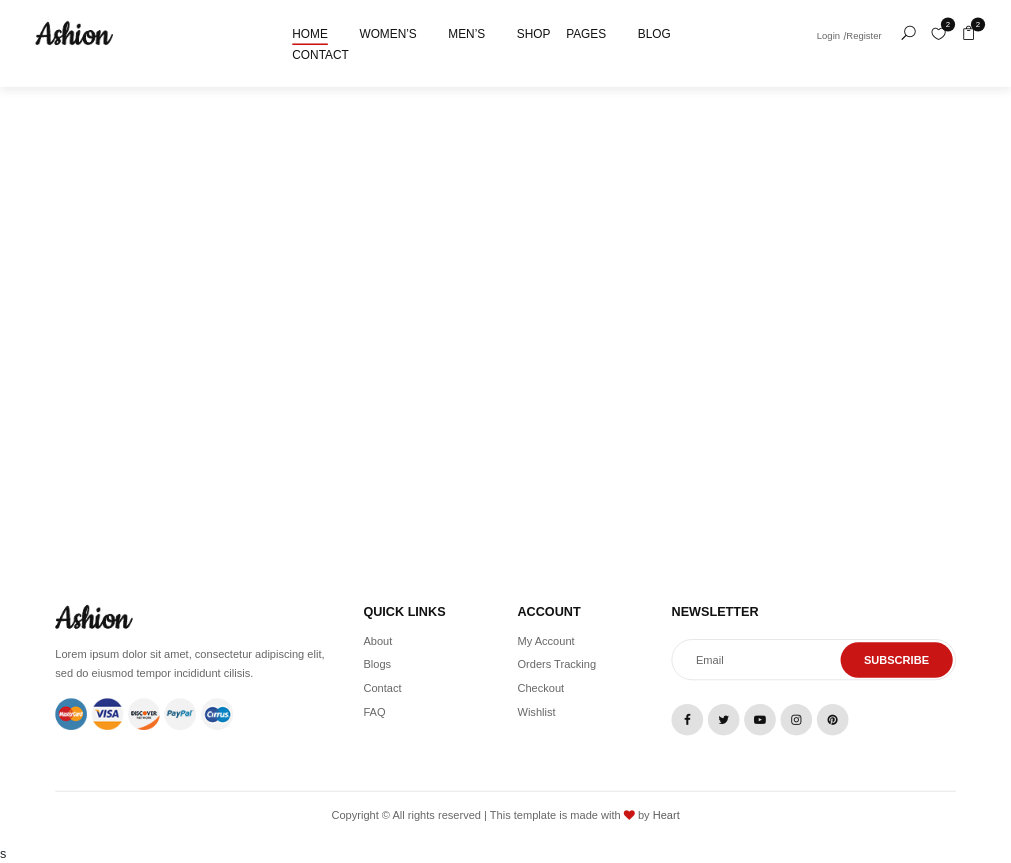
Repository: banchiec/shopping-fashion
Page: /
An editor plug-in stored every save of this project. The page is shown before and after the next save, followed by the edit.
The browser window is 1280 px wide. The pictures show the whole page, at 79% of full size.
The project was rebuilt for these pictures with package versions that can differ from the ones it lists, and the page was loaded fresh each time. Also part of the build but not shown: src/App.css, src/pages/Shop/Shop.js, src/components/SocialSection/SocialSection.jsx, src/components/SmallShop/SmallShop.jsx.

Above is the page before, as saved 2023-07-15 01:37:52.

After the next save:
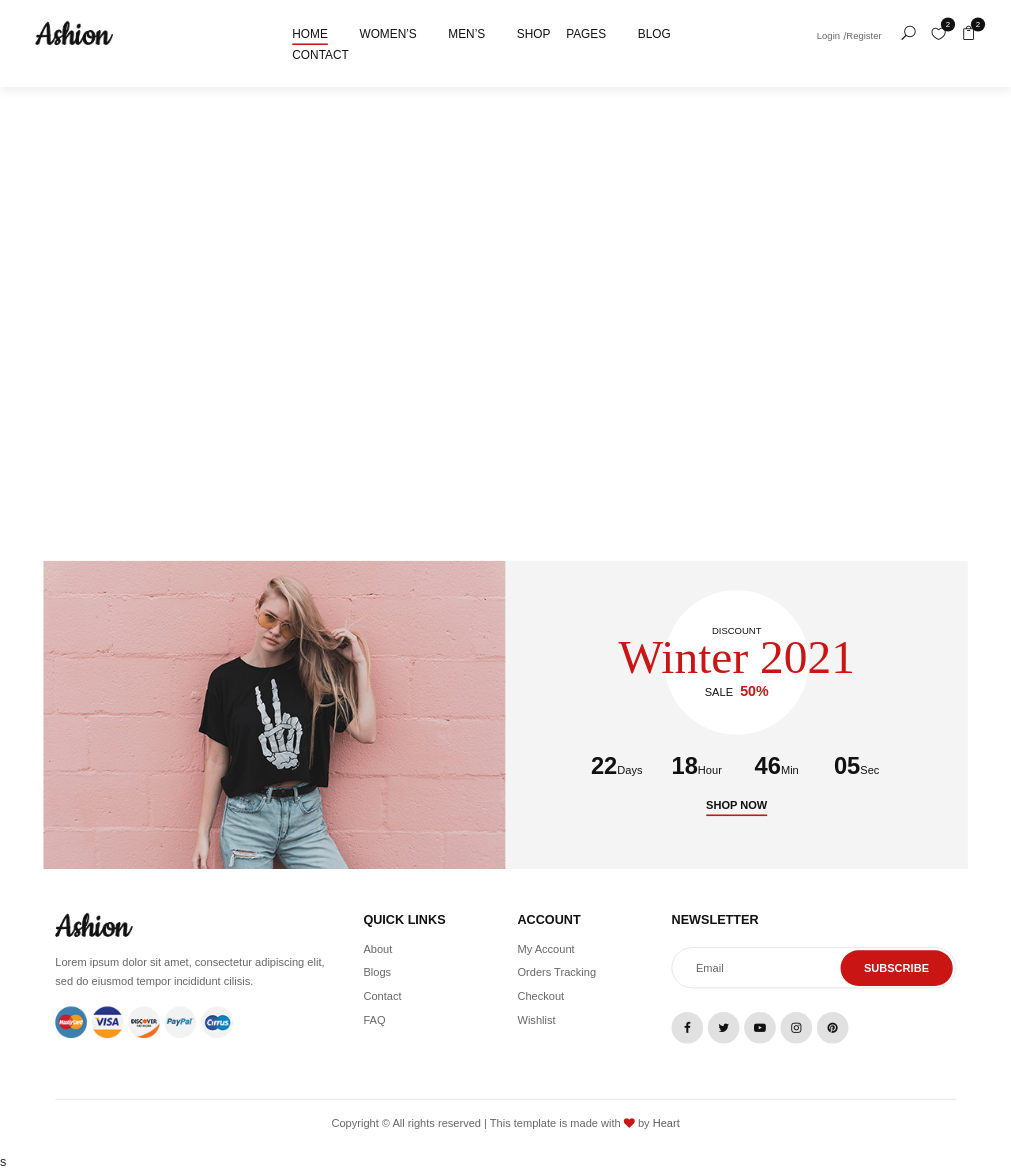
Saved 14 h 42 min later.
--- a/src/pages/Home/Home.js
+++ b/src/pages/Home/Home.js
@@ -8,7 +8,7 @@ const Home = () => {
 	return (
 		<>
 			<CarouselSection />
-			{/* <DiscountsBanner /> */}
+			<DiscountsBanner />
 			{/* <SocialSection /> */}
 			{/* <SmallShop /> */}
 			<Footer />s
